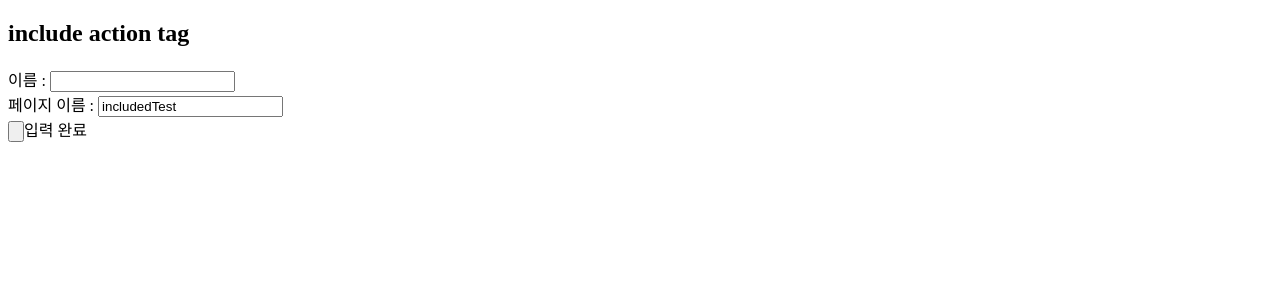
Repository: dongkeyyyy/java
Page: http://localhost/actiontag319/includeTestForm.jsp
An editor plug-in stored every save of this project. The page is shown before and after the next save, followed by the edit.
The browser window is 1280 px wide. The pictures show the whole page.
The page is served by Tomcat 9.

Above is the page before, as saved 2021-03-19 00:54:07.

After the next save:
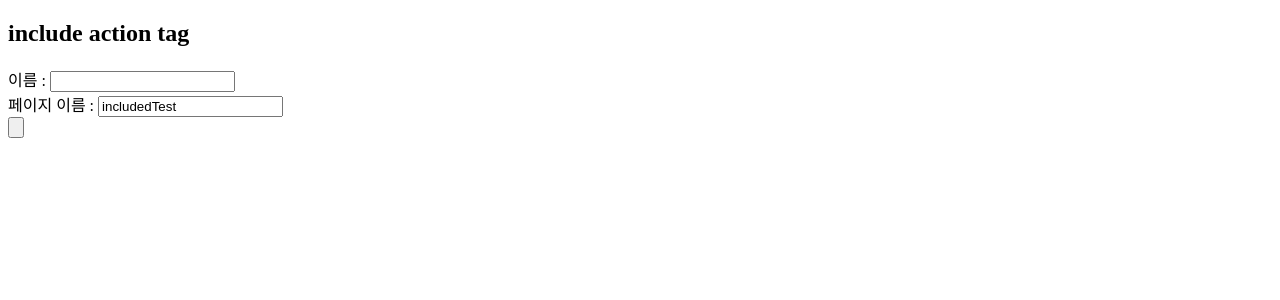
Saved 13 s later.
--- a/0318~0319/Java/actiontag319/WebContent/includeTestForm.jsp
+++ b/0318~0319/Java/actiontag319/WebContent/includeTestForm.jsp
@@ -11,7 +11,7 @@
 	<form method="post" action="include.jsp">
 	이름 : <input type="text" name="name"><br>
 	페이지 이름 : <input type="text" name="pageName" value="includedTest"><br>
-	<input type="button">입력 완료
+	<input type="button" 입력 완료>
 	</form>
 
 </body>
